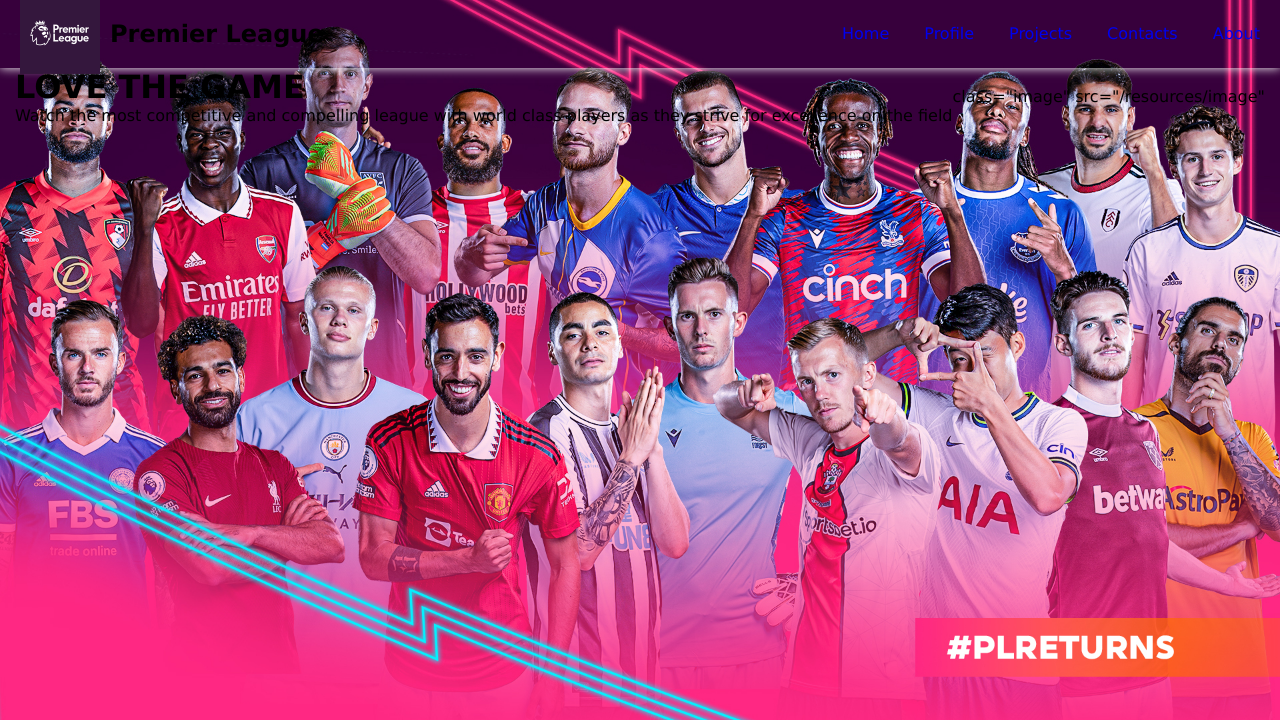
Repository: ogaziesam/simple-landing-page
Page: index.html
An editor plug-in stored every save of this project. The page is shown before and after a run of saves, followed by the edit.
The browser window is 1280 px wide. The pictures show the whole page.

Above is the page before, as saved 2023-08-12 00:47:54.

### index.html
<!DOCTYPE html>
<html lang="en">
<head>
    <meta charset="UTF-8">
    <meta name="viewport" content="width=device-width, initial-scale=1.0">
    <title>Landing Page</title>
    <link rel="stylesheet" href="/resources/css/style.css"/>
</head>
<body>
    <nav>
        <div class="heading">
            <img src="/resources/images/premier-league-logo-64B77E2F2E-seeklogo.com.png"
            alt="Logo Image"/>
            <h2 class ="nav_heading">Premier League</h2>
        </div>
        <ul>
            <li><a href="Home">Home</a></li>
            <li><a href="Profile">Profile</a></li>
            <li><a href="Projects">Projects</a></li>
            <li><a href="Contacts">Contacts</a></li>
            <li><a href="About">About</a></li>
        </ul>
    </nav>
    <main>
        <div class="content">
            <h1>LOVE THE GAME</h1>
            <p>Watch the most competitive and compelling league with world class players as they strive for excellence on the field
            </p>
        </div>
        class="image"
        src="/resources/image"
    </main>

</body>
</html>

### resources/css/style.css
* {
    padding: 0;
    margin: 0;
    font-family: Verdana, Geneva, Tahoma, sans-serif;
}

.logo {
    width:80px;
    height: 80px;
}

body {
    background-image: url(/resources/images/321105434_883868013027395_2576485099436938498_n.jpg);
    background-size: cover;
    background-repeat: no-repeat;
}

nav {
    display:flex;
    align-items: center;
    justify-content: space-between;
    padding: 5px 20px;
    height: 8vh;
    box-shadow: 0 0 10px white;
}

.heading {
    display: flex;
    align-items: center;
    gap: 10px;
}

ul {
    display: flex;
    align-items: center;
    gap: 35px;
}

li {
    list-style: none;
}

a {
    text-decoration: none;
    font-weight: 500;
}

a:hover {
    text-decoration: underline;
}

main {
    display: flex;
    align-items: center;
    justify-content: center;
}

After the next 2 saves:
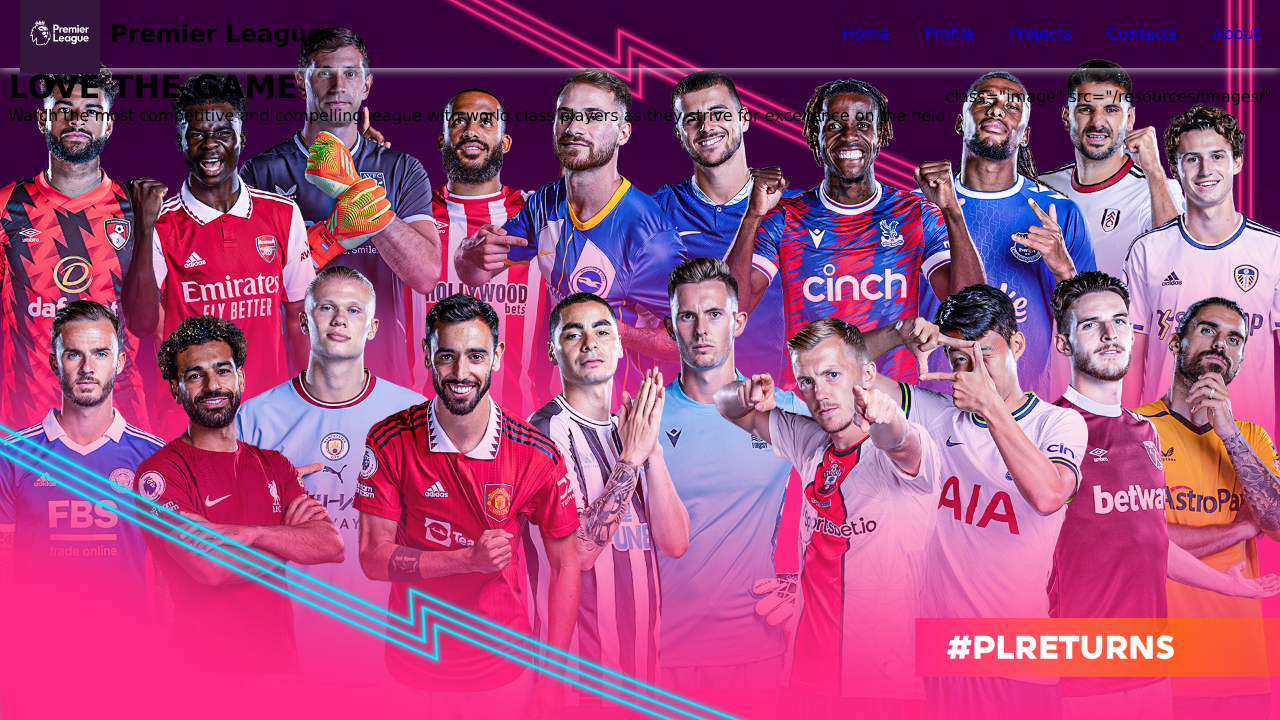
The 2 saves are shown as one change because they came seconds apart.
The last was saved 8 s later.
--- a/index.html
+++ b/index.html
@@ -28,7 +28,7 @@
             </p>
         </div>
         class="image"
-        src="/resources/image"
+        src="/resources/images/"
     </main>
 
 </body>
